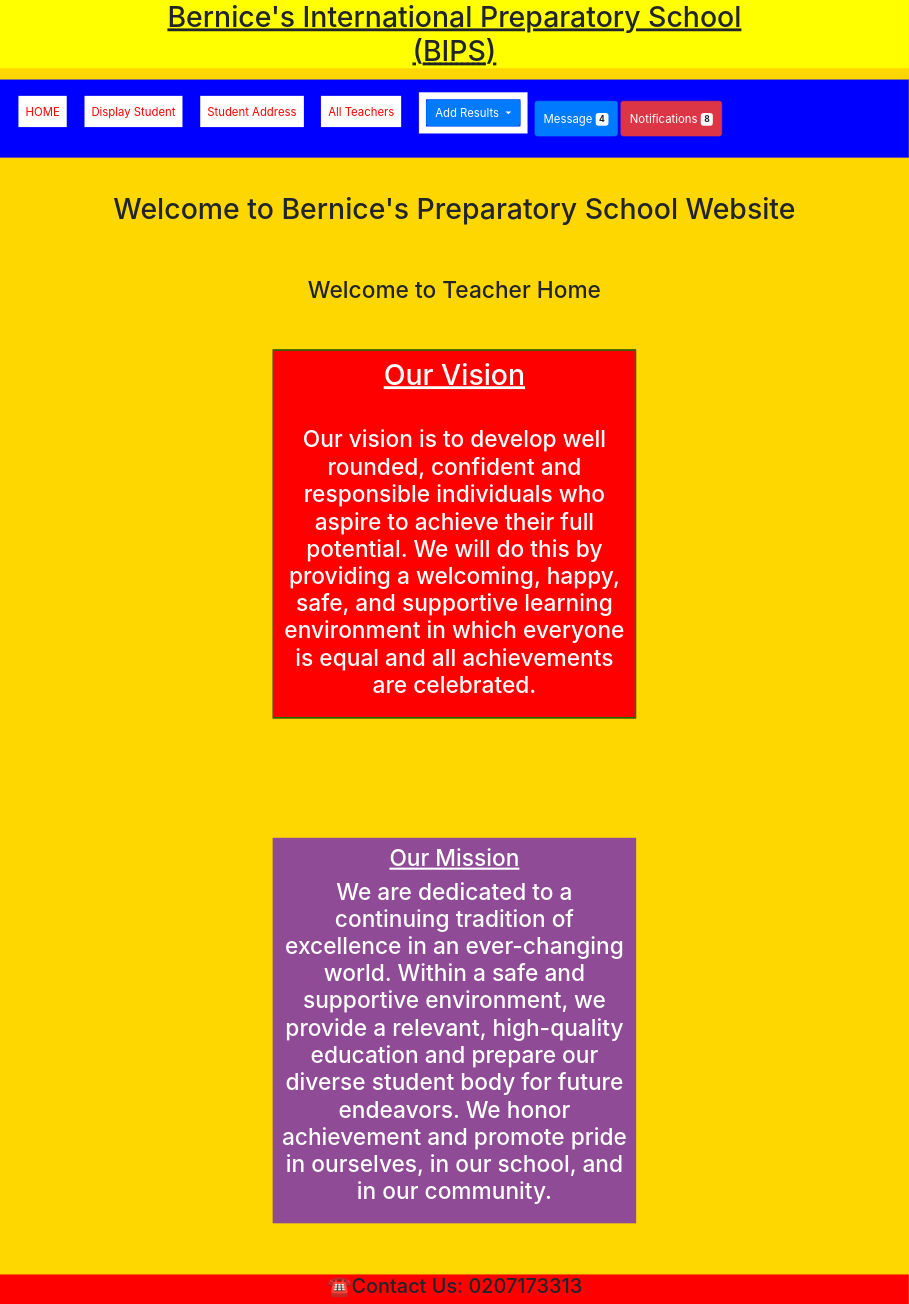
Repository: joseackah/eclipse-workspace
Page: http://localhost/com.school.mgt.system.Front.End/WEB-INF/views/teacherHome.jsp
An editor plug-in stored every save of this project. The page is shown before and after the next save, followed by the edit.
The browser window is 1280 px wide. The pictures show the whole page, at 71% of full size.
The page is served by Tomcat 9. Nobody is signed in. The template is opened directly, without the code that normally fills it, so the values that code supplies are empty.

Above is the page before, as saved 2021-08-14 19:46:24.

After the next save:
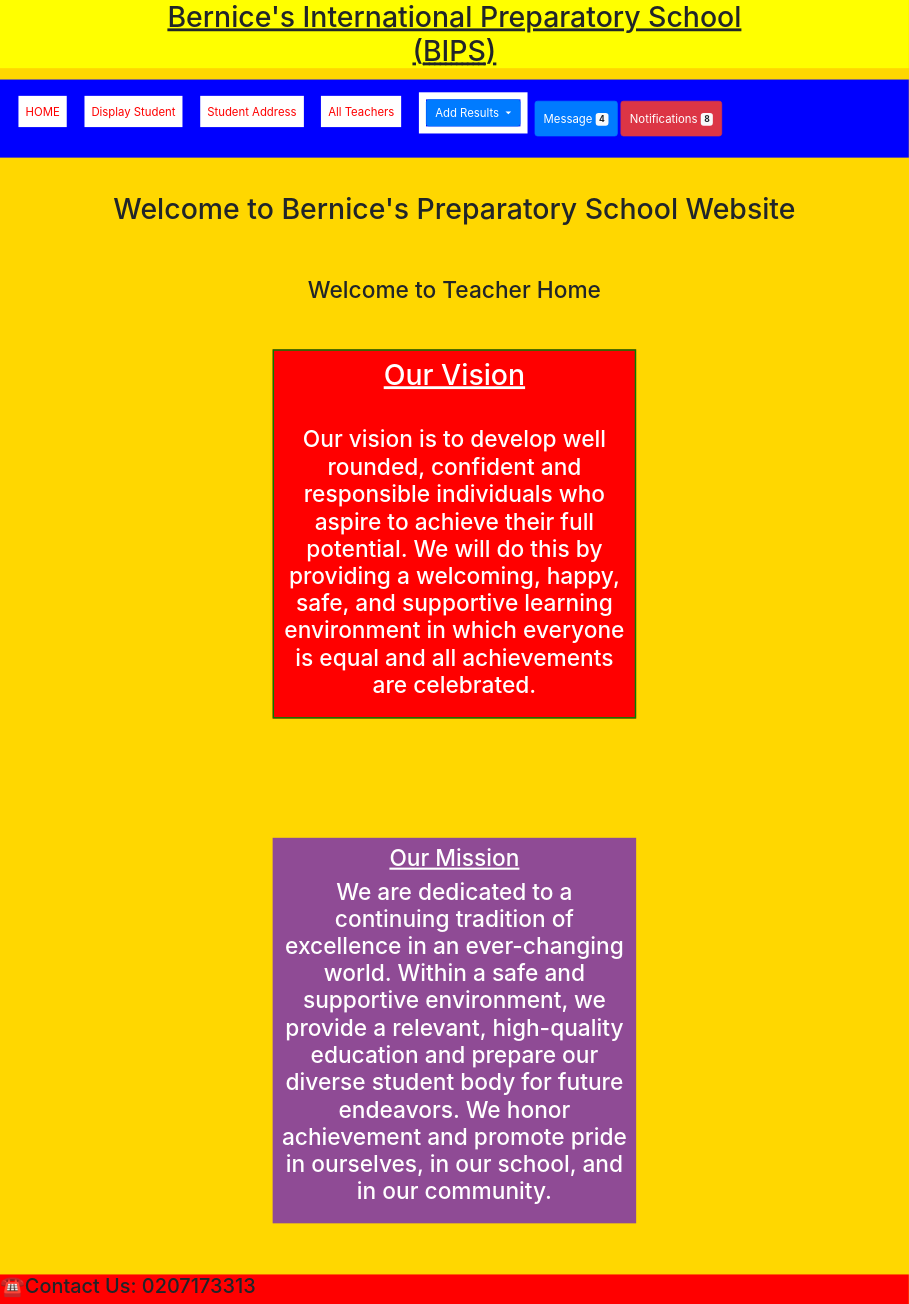
Saved 2 min 12 s later.
--- a/com.school.mgt.system.Front.End/src/main/webapp/WEB-INF/views/teacherHome.jsp
+++ b/com.school.mgt.system.Front.End/src/main/webapp/WEB-INF/views/teacherHome.jsp
@@ -123,7 +123,7 @@ to {background-color: rgb(145,74,152);}
 </section>
 <br /> <br/> <br/>
 <aside id="mainFooter" style="background-color:red; align-content: center;">
-<footer id="mainFooter"  style="text-align:center; align-content:center;">
+<footer id="mainFooter"  style=" align-content:center;">
 <h3 style="display:bottom; ">Contact Us: 0207173313</h3>
 
 </footer>
